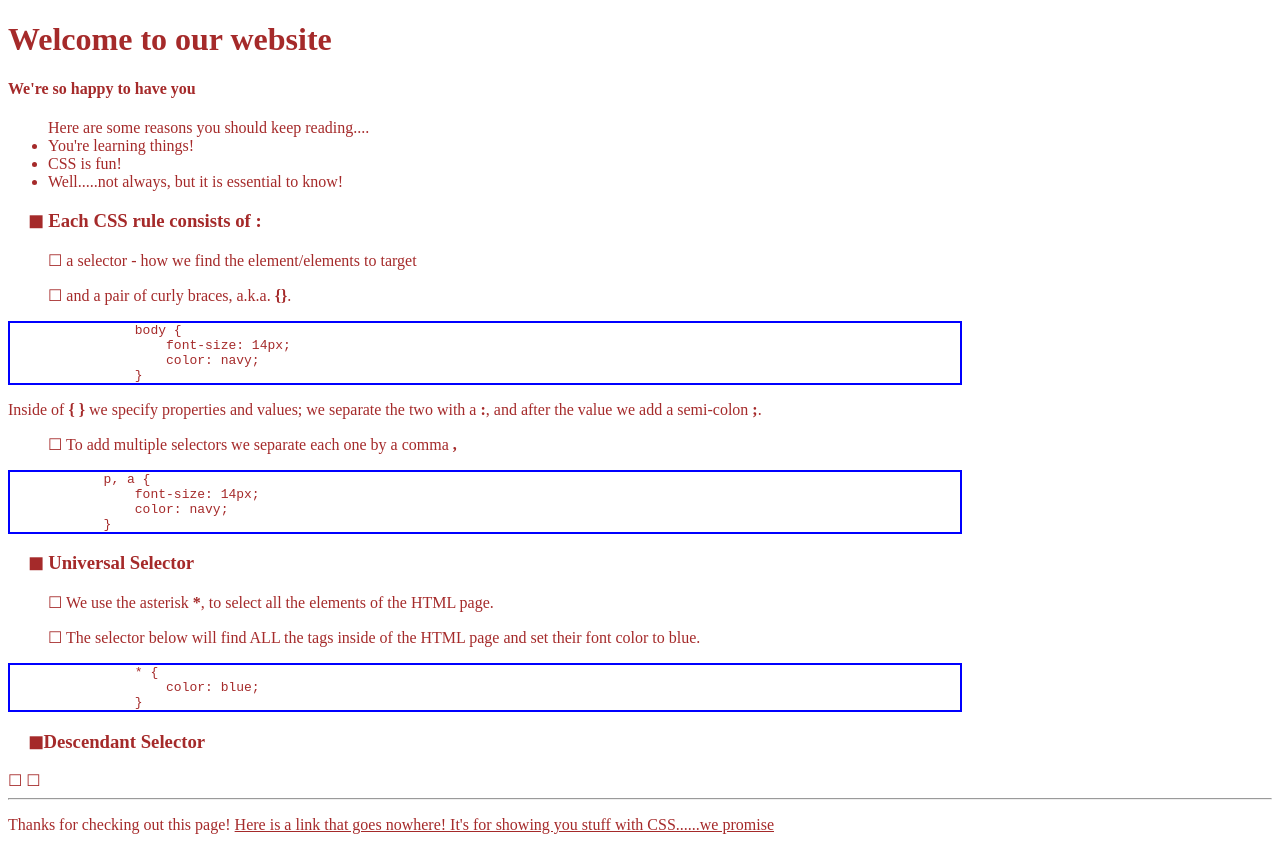
Repository: AnnaSpirit/Tests__
Page: CSS/Useful_Selectors.html
These files come from the project's save history. The page is drawn as it stood at one moment and after the next save; the edit follows.
The browser window is 1280 px wide. The pictures show the whole page.

Above is the page before, as saved 2024-04-01 17:24:18.

After the next save:
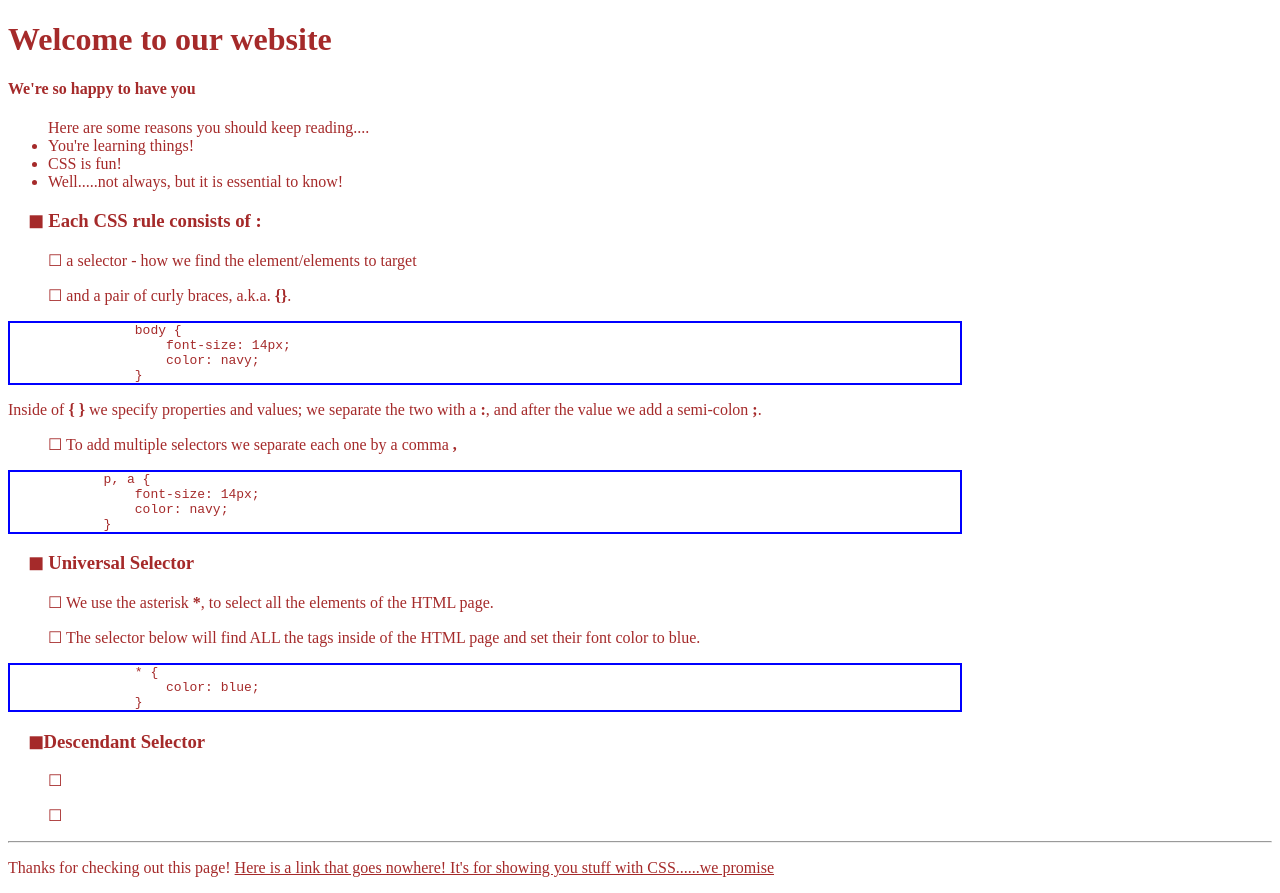
Saved 5 s later.
--- a/CSS/Useful_Selectors.html
+++ b/CSS/Useful_Selectors.html
@@ -46,8 +46,8 @@
                 }</pre>
     </span>
     <h3 style="padding-left: 20px;"> &#9724;Descendant Selector</h3>
-    <pstyle="padding-left: 40px;">&#9744; </pstyle=>
-    <pstyle="padding-left: 40px;">&#9744; </pstyle=>
+    <p style="padding-left: 40px;">&#9744; </p>
+    <p style="padding-left: 40px;">&#9744; </p>
     </section>
     <hr>
     <footer>
